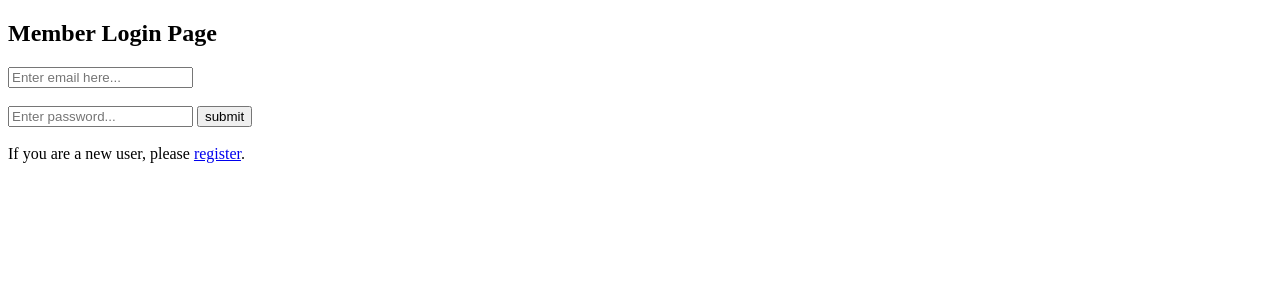
Repository: CraigRodewald/ParkingPalFinalProject
Page: http://localhost/ParkPalSpringMVC/loginPage
An editor plug-in stored every save of this project. The page is shown before and after the next save, followed by the edit.
The browser window is 1280 px wide. The pictures show the whole page.
The page is served by Tomcat 9. Other server files are loaded and not shown.

Above is the page before, as saved 2016-05-11 03:12:00.

### ParkPalSpringMVC/WebContent/WEB-INF/jsp/loginPage.jsp
<%@ page language="java" contentType="text/html; charset=windows-1256"
	pageEncoding="windows-1256"%>

<!DOCTYPE html PUBLIC "-//W3C//DTD HTML 4.01 Transitional//EN"
"http://www.w3.org/TR/html4/loose.dtd">

<html>
<head>
<meta http-equiv="Content-Type"
	content="text/html; charset=windows-1256">
<title>Login Page</title>
</head>

<body>
	<h2>Member Login Page</h2>
	<form action="LoginServlet">

		<input type="text" name="em" placeholder="Enter email here..."/>
		<br>
		<br>
		<input type="text" name="pw" placeholder="Enter password..." /> <input
			type="submit" value="submit">

	</form>
	<br> If you are a new user, please
	<a href="register.jsp">register</a>.
</body>
</html>

After the next save:
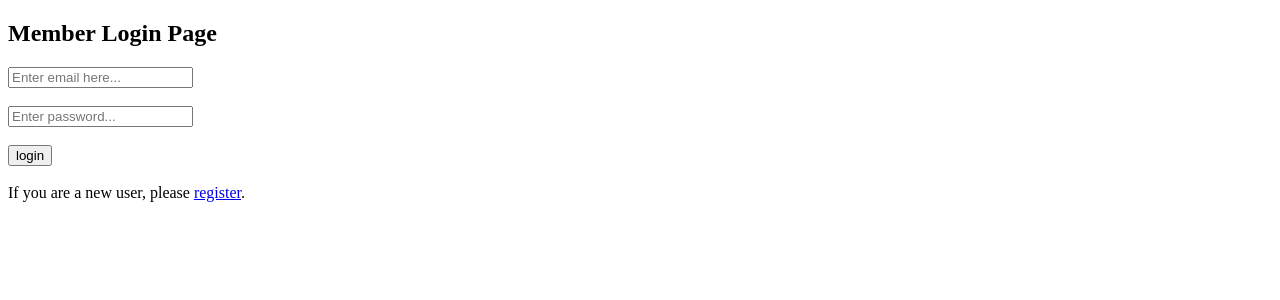
Saved 50 s later.
--- a/ParkPalSpringMVC/WebContent/WEB-INF/jsp/loginPage.jsp
+++ b/ParkPalSpringMVC/WebContent/WEB-INF/jsp/loginPage.jsp
@@ -18,8 +18,10 @@
 		<input type="text" name="em" placeholder="Enter email here..."/>
 		<br>
 		<br>
-		<input type="text" name="pw" placeholder="Enter password..." /> <input
-			type="submit" value="submit">
+		<input type="text" name="pw" placeholder="Enter password..." />
+		<br>
+		<br>
+		<input type="submit" value="login">
 
 	</form>
 	<br> If you are a new user, please
